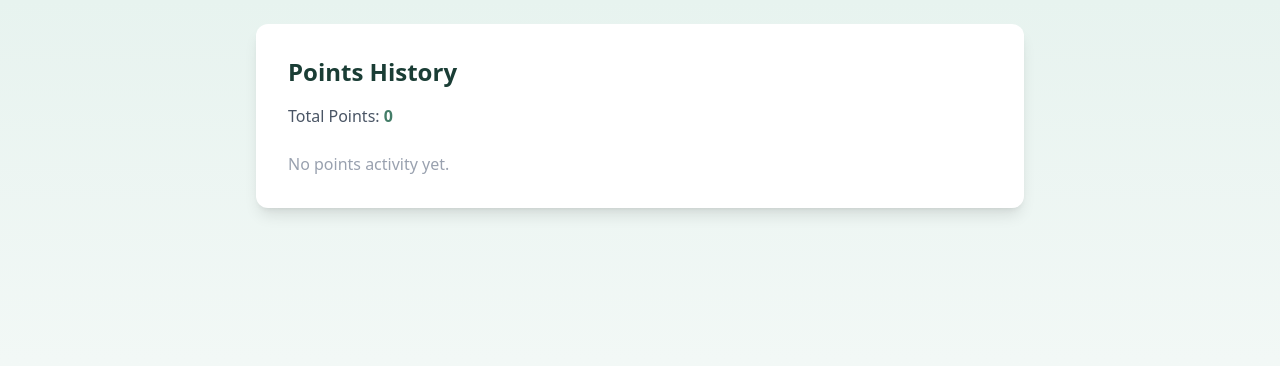
Repository: Swastikkkkk/vv
Page: /user/points (app in OneDrive/Desktop/Yuzichahal/frontend/)
The author's editor kept a copy of each file at every save. The page is drawn from the files as they stood at one save, then again after the next save.
The browser window is 1280 px wide. The pictures show the whole page.
The page's requests for data from a server got no answer. The project was rebuilt for these pictures with package versions that can differ from the ones it lists, and the page was loaded fresh each time. No one was signed in, and anything a server would have sent is missing. Also part of the build but not shown: OneDrive/Desktop/Yuzichahal/frontend/vite.config.js, OneDrive/Desktop/Yuzichahal/frontend/src/components/user/MyProducts.jsx, OneDrive/Desktop/Yuzichahal/frontend/src/components/Navbar.jsx, OneDrive/Desktop/Yuzichahal/frontend/src/components/Herosection.jsx, OneDrive/Desktop/Yuzichahal/frontend/src/components/CategoriesSection.jsx, OneDrive/Desktop/Yuzichahal/frontend/src/components/Footer.jsx, OneDrive/Desktop/Yuzichahal/frontend/src/components/LandingPage.jsx, OneDrive/Desktop/Yuzichahal/frontend/src/components/Signup.jsx and 10 more.

Above is the page before, as saved 2025-07-12 13:06:55.

### OneDrive/Desktop/Yuzichahal/frontend/src/App.jsx
// import React from 'react';
// import { BrowserRouter as Router, Routes, Route } from 'react-router-dom';

// // Public
// import LandingPage from './components/LandingPage';
// import Signup from './components/Signup';
// import Login from './components/Login';

// // Protected (to build separately)
// import UserDashboard from './components/user/UserDashboard';
// import AdminDashboard from './components/admin/AdminDashboard';
// import AddListing from './components/user/AddListing';
// import ProductDetail from './components/ProductDetail';
// import PointsHistory from './components/user/PointsHistory';
// import NotFound from './components/NotFound';

// const App = () => {
//   return (
//     <Router>
//       <Routes>
//         {/* Public Routes */}
//         <Route path="/" element={<LandingPage />} />
//         <Route path="/signup" element={<Signup />} />
//         <Route path="/login" element={<Login />} />

//         {/* User Routes */}
//         <Route path="/user" element={<UserDashboard />} />
//         <Route path="/user/add" element={<AddListing />} />
//         <Route path="/user/points" element={<PointsHistory />} />

//         {/* Admin Routes */}
//         <Route path="/admin" element={<AdminDashboard />} />

//         {/* Product Details (accessible by both roles) */}
//         <Route path="/product/:productId" element={<ProductDetail />} />

//         {/* Catch-All */}
//         <Route path="*" element={<NotFound />} />
//       </Routes>
//     </Router>
//   );
// };

// export default App;

// src/App.js
import React from 'react';
import { BrowserRouter as Router, Routes, Route } from 'react-router-dom';
import MyProducts from './components/user/MyProducts'; // ✅ NEW
// Public Pages
import LandingPage from './components/LandingPage';
import Signup from './components/Signup';
import Login from './components/Login';

// User Dashboard Pages
import UserDashboard from './components/user/UserDashboard';
import AddListing from './components/user/AddListing';
import PointsHistory from './components/user/PointsHistory';
import ProfileDashboard from './components/user/ProfileDashboard'; // ✅ Import this
// Admin Dashboard Page
import AdminDashboard from './components/admin/AdminDashboard';

// Shared Pages
import ProductDetail from './components/ProductDetail';
import NotFound from './components/NotFound';

const App = () => {
  return (
    <Router>
      <Routes>
        {/* 🌐 Public Routes */}
        <Route path="/" element={<LandingPage />} />
        <Route path="/signup" element={<Signup />} />
        <Route path="/login" element={<Login />} />

        {/* 👤 User Routes */}
        <Route path="/user" element={<UserDashboard />} />
        <Route path="/user/add" element={<AddListing />} />
        <Route path="/user/points" element={<PointsHistory />} />
<Route path="/user/profile" element={<ProfileDashboard />} />
        {/* 🛠 Admin Routes */}
        <Route path="/user/my-products" element={<MyProducts userEmail="user@example.com" />} />
        <Route path="/admin" element={<AdminDashboard />} />

        {/* 🔁 Shared Routes */}
        <Route path="/product/:productId" element={<ProductDetail />} />

        {/* ❌ 404 Page */}
        <Route path="*" element={<NotFound />} />
      </Routes>
    </Router>
  );
};

export default App;

### OneDrive/Desktop/Yuzichahal/frontend/src/components/user/PointsHistory.jsx
import React, { useEffect, useState } from 'react';
import { doc, getDoc } from 'firebase/firestore';
import { db } from '../FirebaseConfig';
import { format } from 'date-fns';

const PointsHistory = ({ userId }) => {
  const [pointsLog, setPointsLog] = useState([]);
  const [totalPoints, setTotalPoints] = useState(0);
  const [loading, setLoading] = useState(true);

  useEffect(() => {
    const fetchPoints = async () => {
      try {
        const userRef = doc(db, 'users', userId);
        const userSnap = await getDoc(userRef);

        if (userSnap.exists()) {
          const data = userSnap.data();
          setPointsLog(data.pointsLog || []);
          setTotalPoints(data.points || 0);
        } else {
          console.warn('User not found');
        }
      } catch (err) {
        console.error('Failed to fetch points:', err);
      } finally {
        setLoading(false);
      }
    };

    fetchPoints();
  }, [userId]);

  const sortedLog = [...pointsLog].sort(
    (a, b) => new Date(b.timestamp) - new Date(a.timestamp)
  );

  return (
    <div className="min-h-screen p-6 bg-gradient-to-b from-[#e7f3ef] to-[#fdfdfd]">
      <div className="max-w-3xl mx-auto bg-white p-8 rounded-xl shadow-lg">
        <h2 className="text-2xl font-bold text-[#1a3d35] mb-4">Points History</h2>
        <p className="text-gray-600 mb-6">
          Total Points: <span className="font-semibold text-[#447d68]">{totalPoints}</span>
        </p>

        {loading ? (
          <p className="text-gray-500">Loading history...</p>
        ) : sortedLog.length === 0 ? (
          <p className="text-gray-400">No points activity yet.</p>
        ) : (
          <div className="relative border-l-2 border-[#447d68] pl-6">
            {sortedLog.map((entry, index) => (
              <div key={index} className="mb-8 relative">
                <div className="absolute -left-[14px] top-[2px] w-3 h-3 bg-[#447d68] rounded-full"></div>
                <div className="bg-[#f8fdfc] p-4 rounded-lg shadow-sm">
                  <p className="text-sm text-gray-500 mb-1">
                    {format(new Date(entry.timestamp), 'PPpp')}
                  </p>
                  <p className="text-md">
                    <span className={`font-semibold ${entry.points > 0 ? 'text-green-600' : 'text-red-600'}`}>
                      {entry.points > 0 ? `+${entry.points}` : entry.points} points
                    </span>{' '}
                    – {entry.reason}
                  </p>
                </div>
              </div>
            ))}
          </div>
        )}
      </div>
    </div>
  );
};

export default PointsHistory;

### OneDrive/Desktop/Yuzichahal/frontend/src/components/FirebaseConfig.js
// src/FirebaseConfig.js
import { initializeApp } from 'firebase/app';
import { getAnalytics } from 'firebase/analytics';
import { getAuth, GoogleAuthProvider } from 'firebase/auth';
import { getFirestore } from 'firebase/firestore';
import { getStorage } from 'firebase/storage';

// Config
const firebaseConfig = {
  apiKey: "AIzaSyCfGxeGR5E-H5ednofZVQK85fTKMewrvuU",
  authDomain: "rewear-ebe94.firebaseapp.com",
  projectId: "rewear-ebe94",
  storageBucket: "rewear-ebe94.firebasestorage.app",
  messagingSenderId: "1070415208966",
  appId: "1:1070415208966:web:af46830fdb613f2e221987",
  measurementId: "G-LRX3WGT1DE"
};

// Initialize
const app = initializeApp(firebaseConfig);
getAnalytics(app);

export const auth = getAuth(app);
export const db = getFirestore(app);
export const storage = getStorage(app);
export const googleProvider = new GoogleAuthProvider();

### OneDrive/Desktop/Yuzichahal/frontend/src/components/ImpactSection.jsx
import React from 'react';
import CountUp from 'react-countup';
import { FaTint, FaPeopleCarry, FaLeaf } from 'react-icons/fa';

const impacts = [
  {
    icon: <FaTint className="text-[#2b7a78] text-5xl mb-4" />,
    label: 'Liters of Water Saved',
    value: 20000,
    suffix: 'L',
    color: 'text-[#2b7a78]',
  },
  {
    icon: <FaPeopleCarry className="text-[#3a506b] text-5xl mb-4" />,
    label: 'People Helped',
    value: 500,
    suffix: '+',
    color: 'text-[#3a506b]',
  },
  {
    icon: <FaLeaf className="text-[#519872] text-5xl mb-4" />,
    label: 'Environmental Wins',
    value: 120,
    suffix: '+',
    color: 'text-[#519872]',
  },
];

const ImpactSection = () => {
  return (
    <section className="bg-white py-20 px-4 w-full">
      <div className="max-w-6xl mx-auto text-center">
        <h2 className="text-4xl font-bold text-[#1a3d35] mb-12">Our Impact So Far</h2>

        <div className="grid grid-cols-1 md:grid-cols-3 gap-8">
          {impacts.map((impact, index) => (
            <div
              key={index}
              className="bg-[#f0f4f3] rounded-2xl p-8 shadow-md hover:shadow-xl transition duration-300"
            >
              <div className="flex justify-center">{impact.icon}</div>
              <h3 className={`text-3xl font-bold mt-4 ${impact.color}`}>
                <CountUp end={impact.value} duration={2} />{impact.suffix}
              </h3>
              <p className="mt-2 text-[#1a3d35] font-medium">{impact.label}</p>
            </div>
          ))}
        </div>
      </div>
    </section>
  );
};

export default ImpactSection;

Loaded but not shown: OneDrive/Desktop/Yuzichahal/frontend/index.html (common file); OneDrive/Desktop/Yuzichahal/frontend/src/App.css (common file); OneDrive/Desktop/Yuzichahal/frontend/src/main.jsx (common file)

After the next save:
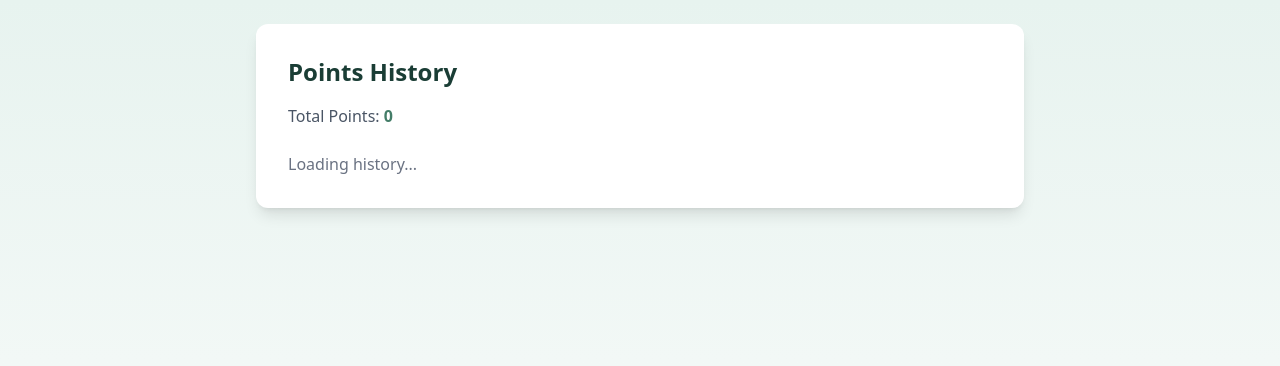
Saved 2 min 15 s later.
--- a/OneDrive/Desktop/Yuzichahal/frontend/src/components/user/PointsHistory.jsx
+++ b/OneDrive/Desktop/Yuzichahal/frontend/src/components/user/PointsHistory.jsx
@@ -1,5 +1,5 @@
 import React, { useEffect, useState } from 'react';
-import { doc, getDoc } from 'firebase/firestore';
+import { doc, onSnapshot } from 'firebase/firestore';
 import { db } from '../FirebaseConfig';
 import { format } from 'date-fns';
 
@@ -9,26 +9,30 @@ const PointsHistory = ({ userId }) => {
   const [loading, setLoading] = useState(true);
 
   useEffect(() => {
-    const fetchPoints = async () => {
-      try {
-        const userRef = doc(db, 'users', userId);
-        const userSnap = await getDoc(userRef);
+    if (!userId) return;
 
-        if (userSnap.exists()) {
-          const data = userSnap.data();
+    const userRef = doc(db, 'users', userId);
+
+    const unsubscribe = onSnapshot(
+      userRef,
+      (docSnap) => {
+        if (docSnap.exists()) {
+          const data = docSnap.data();
           setPointsLog(data.pointsLog || []);
           setTotalPoints(data.points || 0);
+          setLoading(false);
         } else {
           console.warn('User not found');
+          setLoading(false);
         }
-      } catch (err) {
-        console.error('Failed to fetch points:', err);
-      } finally {
+      },
+      (error) => {
+        console.error('Error listening to points:', error);
         setLoading(false);
       }
-    };
+    );
 
-    fetchPoints();
+    return () => unsubscribe();
   }, [userId]);
 
   const sortedLog = [...pointsLog].sort(
@@ -40,7 +44,8 @@ const PointsHistory = ({ userId }) => {
       <div className="max-w-3xl mx-auto bg-white p-8 rounded-xl shadow-lg">
         <h2 className="text-2xl font-bold text-[#1a3d35] mb-4">Points History</h2>
         <p className="text-gray-600 mb-6">
-          Total Points: <span className="font-semibold text-[#447d68]">{totalPoints}</span>
+          Total Points:{' '}
+          <span className="font-semibold text-[#447d68]">{totalPoints}</span>
         </p>
 
         {loading ? (
@@ -57,7 +62,11 @@ const PointsHistory = ({ userId }) => {
                     {format(new Date(entry.timestamp), 'PPpp')}
                   </p>
                   <p className="text-md">
-                    <span className={`font-semibold ${entry.points > 0 ? 'text-green-600' : 'text-red-600'}`}>
+                    <span
+                      className={`font-semibold ${
+                        entry.points > 0 ? 'text-green-600' : 'text-red-600'
+                      }`}
+                    >
                       {entry.points > 0 ? `+${entry.points}` : entry.points} points
                     </span>{' '}
                     – {entry.reason}
